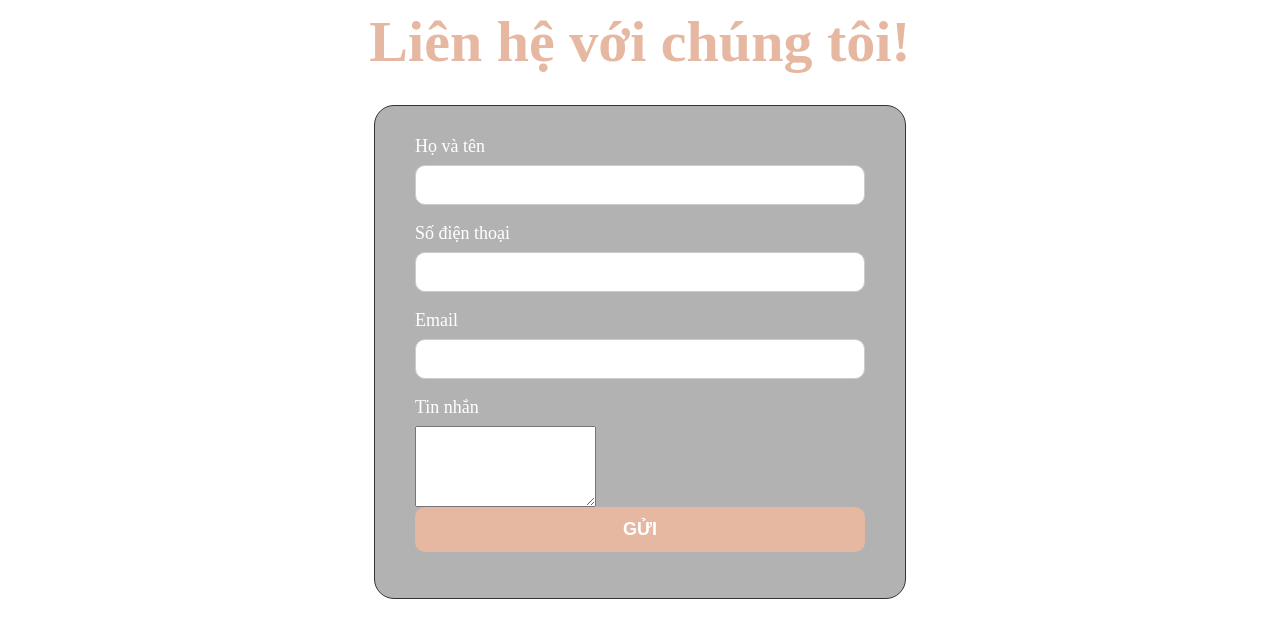
Repository: mingbeo100-boop/website_bancheonline
Page: http://localhost/pages/lienhe.php
These files come from the project's save history. The page is drawn as it stood at one moment and after the next save; the edit follows.
The browser window is 1280 px wide. The pictures show the whole page.
The page is run by PHP 8.4 with error messages shown; the project is at /var/www/html/.

Above is the page before, as saved 2025-11-27 08:14:15.

After the next save:
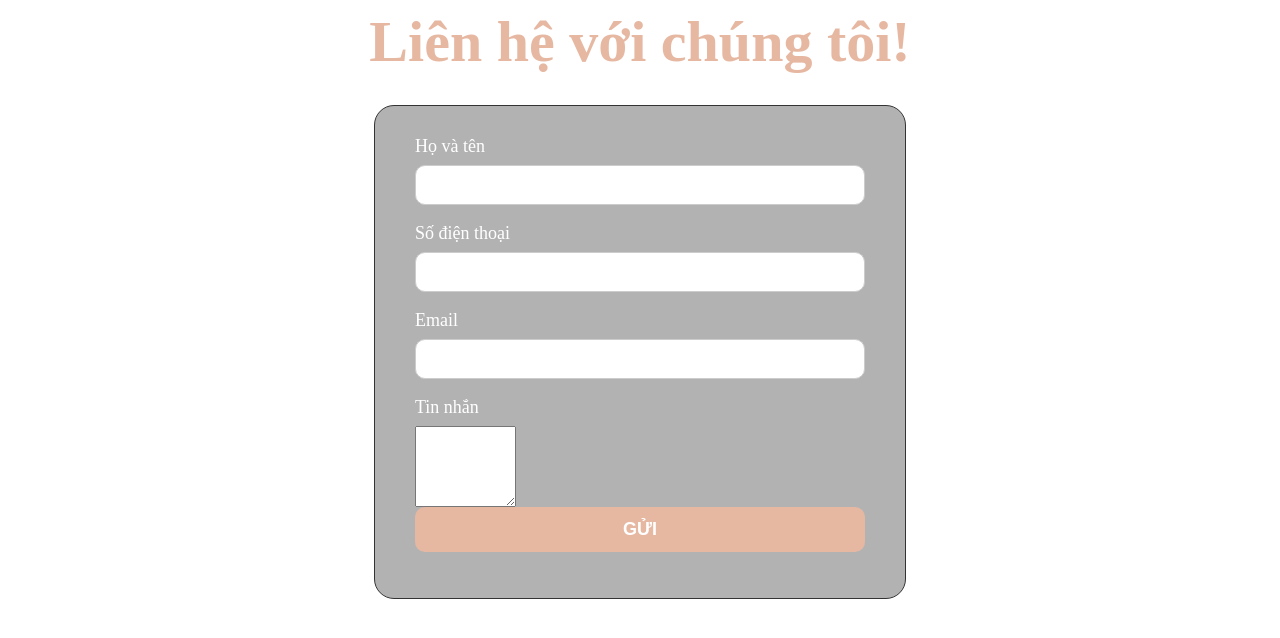
Saved 19 s later.
--- a/pages/lienhe.php
+++ b/pages/lienhe.php
@@ -71,7 +71,7 @@
         <input type="email" name="email" required>
 
         <label>Tin nhắn</label>
-        <textarea name="message" rows="5"></textarea>
+        <textarea name="message" rows="5" cols="10"></textarea>
 
         <button type="submit">GỬI</button>
     </form>
